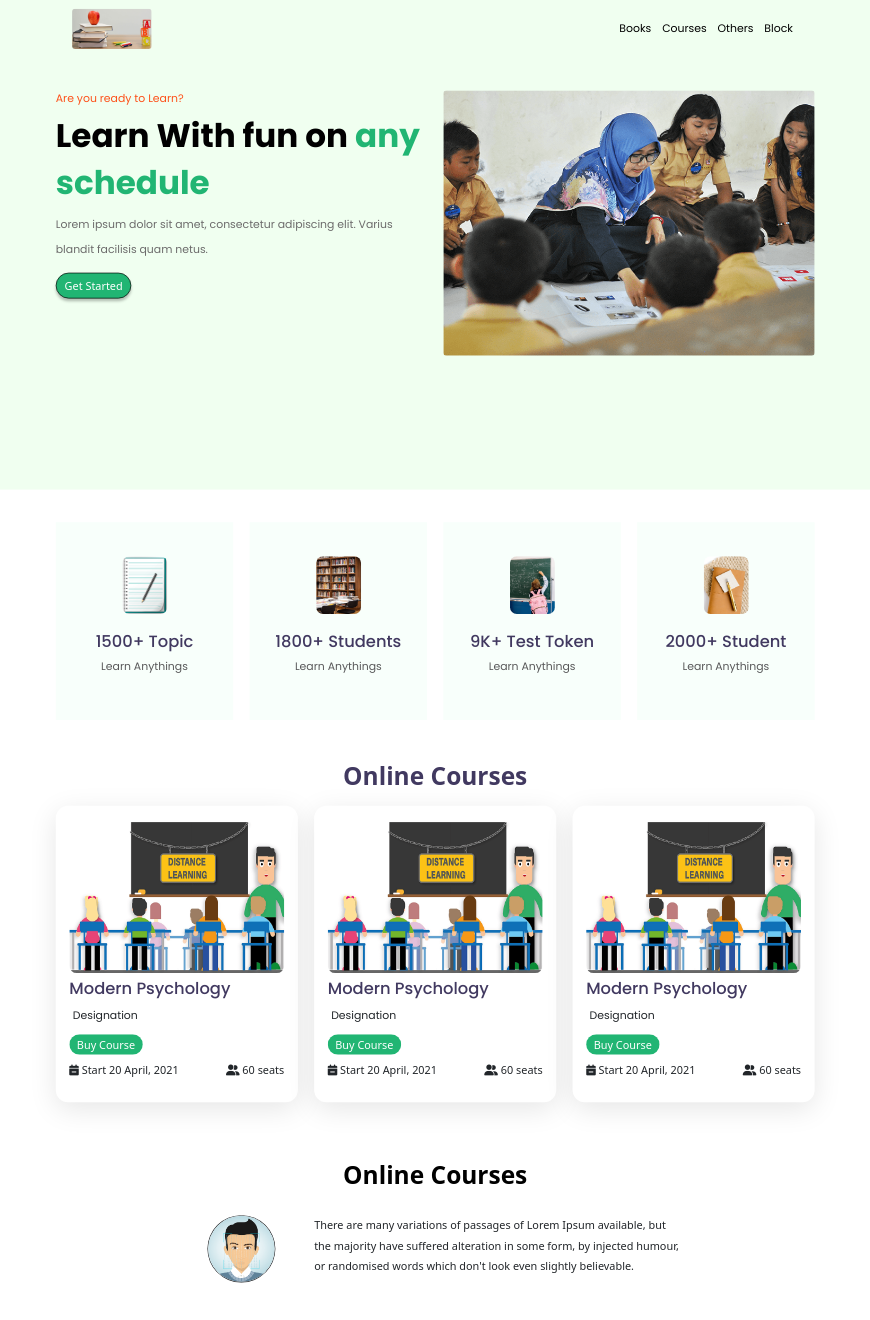
Repository: zjria/Figma-to-E-school
Page: index.html
An editor plug-in stored every save of this project. The page is shown before and after the next save, followed by the edit.
The browser window is 1280 px wide. The pictures show the whole page, at 68% of full size.
Some web libraries are served in a nearby version.

Above is the page before, as saved 2022-05-07 08:51:55.

### index.html
<!doctype html>
<html lang="en">
  <head>
    <!-- Required meta tags -->
    <meta charset="utf-8">
    <meta name="viewport" content="width=device-width, initial-scale=1">
    <title>E-School</title>

    <!-- Google Font family -->
    <link rel="preconnect" href="https://fonts.googleapis.com">
    <link rel="preconnect" href="https://fonts.gstatic.com" crossorigin>
    <link href="https://fonts.googleapis.com/css2?family=Poppins:wght@100;300;400;500;600;700;800;900&display=swap" rel="stylesheet">
    <!-- Bootstrap CSS -->
    <link href="https://cdn.jsdelivr.net/npm/bootstrap@5.0.2/dist/css/bootstrap.min.css" rel="stylesheet">
    <!-- Font awesome -->
    <link rel="stylesheet" href="https://cdnjs.cloudflare.com/ajax/libs/font-awesome/6.1.1/css/all.min.css">
    <!-- custom css -->
    <link rel="stylesheet" href="style.css">
  </head>
  <body>
    <section class="hero-section">
        <div class="container">
            <div class="row">
                <nav class="navbar navbar-expand-md navbar-light">
                    <div class="container-fluid">
                      <a class="navbar-brand" href="#"><img class="img-fluid rounded-3" src="images/logo.png" alt=""></a>
                      <button class="navbar-toggler" type="button" data-bs-toggle="collapse" data-bs-target="#navbarSupportedContent" aria-controls="navbarSupportedContent" aria-expanded="false" aria-label="Toggle navigation">
                        <span class="navbar-toggler-icon"></span>
                      </button>
                      <div class="collapse navbar-collapse" id="navbarSupportedContent">
                        <ul class="navbar-nav me-auto mb-2 mb-lg-0">
                          <li class="nav-item">
                            <a class="nav-link" href="#">Books</a>
                          </li>
                          <li class="nav-item">
                            <a class="nav-link" href="#">Courses</a>
                          </li>
                          <li class="nav-item">
                            <a class="nav-link" href="#">Others</a>
                          </li>
                          <li class="nav-item">
                            <a class="nav-link" href="#">Block</a>
                          </li>
                        </ul>

                      </div>
                    </div>
                  </nav>
            </div>
            <!-- Header Content Section -->
            <div class="row pt-5">
              <div class="col-md-6 hero-content">
                <h5>Are you ready to Learn?</h5>
                <h1>Learn With fun on <span>any schedule</span></h1>
                <p>Lorem ipsum dolor sit amet, consectetur adipiscing elit. Varius blandit facilisis quam netus.</p>
                <a href="" class="btn btn-custom">Get Started</a>
              </div>
              <div class="col-md-6">
                <img src="images/hero-img.png" class="img-fluid rounded-3" alt="">
              </div>
            </div>
        </div>
    </section>

     <!-- Feature -->
     <section class="feature mt-5 mb-5">
      <div class="container">
        <div class="row">
          <div class="col-md-3">
            <div class="feature-content text-center">
              <img src="images/price-1.png" class="img-fluid" alt="">
              <h3>1500+ Topic</h3>
              <p>Learn Anythings</p>
            </div>
          </div>
          <div class="col-md-3">
            <div class="feature-content text-center">
              <img src="images/price-2.png" class="img-fluid" alt="">
              <h3>1800+ Students</h3>
              <p>Learn Anythings</p>
            </div>
          </div>
          <div class="col-md-3">
            <div class="feature-content text-center">
              <img src="images/price-3.png" class="img-fluid" alt="">
              <h3>9K+ Test Token</h3>
              <p>Learn Anythings</p>
            </div>
          </div>
          <div class="col-md-3">
            <div class="feature-content text-center">
              <img src="images/price-4.png" class="img-fluid" alt="">
              <h3>2000+ Student</h3>
              <p>Learn Anythings</p>
            </div>
          </div>
        </div>
      </div>
     </section>

     <!-- Online Course -->
     <section class="online-course p-2">
       <div class="container">
         <div class="row">
          <div class="col-12 online-header">
            <h1 class="text-center pb-2">Online Courses</h1>
           </div>
         </div>
         <div class="row">
           <div class="col-md-4">
            <div class="course">
              <img src="images/online-1.png" class="img-fluid" alt="">
              <h2>Modern Psychology</h2>
              <h6>Designation</h6>
              <a href="" class="btn btn-cours">Buy Course</a>
              <ul>
                <li><i class="fa-solid fa-calendar-minus"></i> Start 20  April, 2021</li>
                <li><i class="fa-solid fa-user-group"></i> 60 seats</li>
              </ul>
            </div>
           </div>
           <div class="col-md-4">
            <div class="course">
              <img src="images/online-1.png" class="img-fluid" alt="">
              <h2>Modern Psychology</h2>
              <h6>Designation</h6>
              <a href="" class="btn btn-cours">Buy Course</a>
              <ul>
                <li><i class="fa-solid fa-calendar-minus"></i> Start 20  April, 2021</li>
                <li><i class="fa-solid fa-user-group"></i> 60 seats</li>
              </ul>
            </div>
           </div>
           <div class="col-md-4">
            <div class="course">
              <img src="images/online-1.png" class="img-fluid" alt="">
              <h2>Modern Psychology</h2>
              <h6>Designation</h6>
              <a href="" class="btn btn-cours">Buy Course</a>
              <ul>
                <li><i class="fa-solid fa-calendar-minus"></i> Start 20  April, 2021</li>
                <li><i class="fa-solid fa-user-group"></i> 60 seats</li>
              </ul>
            </div>
           </div>
         </div>
       </div>
     </section>

     <!-- Testimonial -->
     <section class="testimonial pt-3 p-md-5">
       <div class="container">
        <div class="row">
          <div class="col-12 online-header testimonial-color">
            <h1 class="text-center p-4 ">Online Courses</h1>
           </div>
         </div>
         <div class="row">
          <div class="col-md-2"></div>
          <div class="col-md-8">
            <div class="row">
              <div class="col-md-3">
                <div class="claind">
                  <img src="images/man.png" class="img-fluid" alt="">
                </div>
              </div>
              <div class="col-md-9">
                <p>There are many variations of passages of Lorem Ipsum available, but the
                  majority have suffered alteration in some form, by injected humour,
                 or randomised words which don't look even slightly believable.</p>
              </div>
            </div>
          </div>
          <div class="col-md-2"></div>
         </div>
       </div>
     </section>





    <!-- Option 1: Bootstrap Bundle with Popper -->
    <script src="https://cdn.jsdelivr.net/npm/bootstrap@5.0.2/dist/js/bootstrap.bundle.min.js"></script>
  </body>
</html>

### style.css
body{

}
.hero-section{
    background: #F0FFF0;
    min-height: 100vh;
}
.navbar-light .navbar-nav .nav-link {
    color: rgb(0, 0, 0);
    font-family: 'Poppins', sans-serif;
    font-style: normal;
    font-weight: 400;
    font-size: 16px;
    line-height: 24px;
}
.navbar-light .navbar-nav .nav-link:hover {
    color: #C2B49D;
}
.navbar-brand img{
    width: 15%;
}
.hero-content h5 {
    font-family: 'Poppins';
    font-style: normal;
    font-weight: 400;
    font-size: 16px;
    line-height: 24px;
    color: #FD511A;
}
.hero-content h1 {
    font-family: 'Poppins';
    font-style: normal;
    font-weight: 700;
    font-size: 48px;
    line-height: 70px;
    color: #000000;
}
.hero-content h1 span{
    color: #21B573
}
.hero-content p {
    font-family: 'Poppins';
    font-style: normal;
    font-weight: 400;
    font-size: 16px;
    line-height: 36px;
    color: #6C6B6B;
}
.btn-custom{
    background: #21B573;
    border: 1px solid #000000;
    box-shadow: 0px 4px 4px rgba(0, 0, 0, 0.25);
    border-radius: 33px;
    color: #fff;
}
.feature-content{
    background: #F8FFFB;
    padding: 50px 0;
}
.feature-content img{
    width: 66px;
    height: 85px;
    margin-bottom: 22px;
    border-radius: 10px;

}
.feature-content h3{
font-family: 'Poppins';
font-style: normal;
font-weight: 500;
font-size: 24px;
line-height: 36px;color: #413960;
}
.feature-content p{
font-family: 'Poppins';
font-style: normal;
font-weight: 400;
font-size: 16px;
line-height: 24px;color: #585859;
}
.feature-content:hover{
    background: #FFFFFF;
    box-shadow: 0px 20px 40px rgba(0, 0, 0, 0.1);
    border-radius: 10px;
}
/* Online Course */
.course {

background: #FFFFFF;
box-shadow: 0px 10px 40px rgba(0, 0, 0, 0.1);
border-radius: 18px;padding: 20px;}
.course img{

border-radius: 11px;}
.course h2{

font-family: 'Poppins';
font-style: normal;
font-weight: 500;
font-size: 24px;
line-height: 36px;color: #413960;padding: 5px 0px;margin: 0;}
.course h6{

margin: 0;font-family: 'Poppins';

font-weight: 400;

line-height: 24px;margin: 5px;}
.course .btn-cours{

background: #21B573;
border-radius: 33px;color: #fff;padding: 2px 10px;margin: 10px 0px;}
.course ul{

display: flex;justify-content: space-between;padding: 0;}
.course ul li {

list-style: none;margin: 0px;padding: 0px;}
.course ul li i{

}
.online-header h1{

color: #413960;font-weight: 700;
font-size: 36px;
line-height: 54px;}

/* testimonial */
.testimonial-color h1{
    color: #000000;
    font-weight: 700;
    font-size: 36px;
    line-height: 54px;
}
.claind{
width: 60%;margin: auto;border: 1px solid;border-radius: 50%;overflow: hidden;}
.testimonial p{
    font-weight: 400;
font-size: 16px;
line-height: 30px;
}

After the next save:
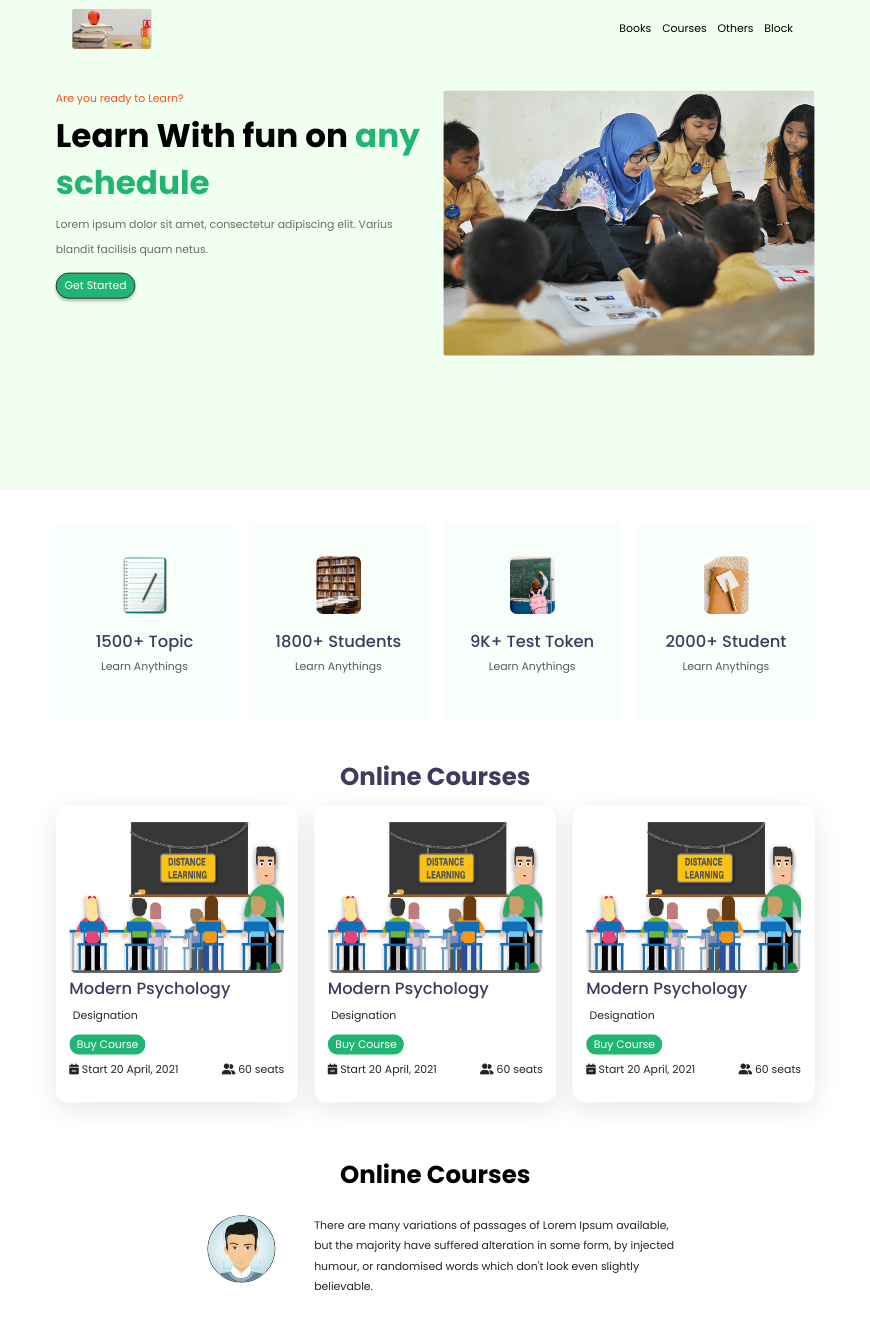
Saved 47 s later.
--- a/style.css
+++ b/style.css
@@ -1,5 +1,5 @@
 body{
-
+    font-family: 'Poppins', sans-serif;
 }
 .hero-section{
     background: #F0FFF0;
